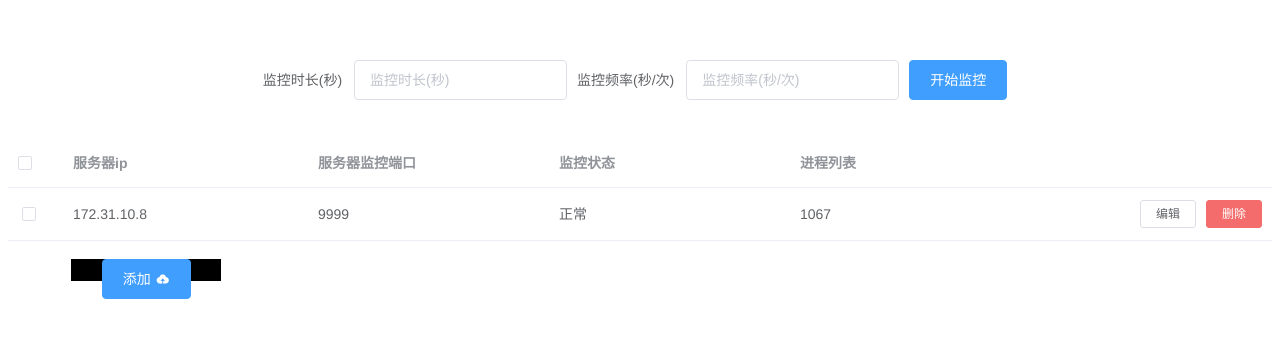
Repository: jiuceng1/monitor
Page: /#/show (app in nmonvue/)
The author's editor kept a copy of each file at every save. The page is drawn from the files as they stood at one save, then again after the next save.
The browser window is 1280 px wide. The pictures show the whole page.
The project was rebuilt for these pictures with package versions that can differ from the ones it lists, and the page was loaded fresh each time. Also part of the build but not shown: nmonvue/src/components/HelloWorld.vue.

Above is the page before, as saved 2022-01-13 17:04:09.

### nmonvue/index.html
<!DOCTYPE html>
<html>
  <head>
    <meta charset="utf-8">
    <meta name="viewport" content="width=device-width,initial-scale=1.0">
    <title>nmonvue</title>
  </head>
  <body>
    <div id="app"></div>
    <!-- built files will be auto injected -->
  </body>
</html>

### nmonvue/src/router/index.js
import Vue from 'vue'
import Router from 'vue-router'
import HelloWorld from '@/components/HelloWorld'

Vue.use(Router)

export default new Router({
  routes: [
    {
      path: '/',
      name: 'HelloWorld',
      component: HelloWorld
    },{
      path: '/show',
      name: 'show',
      component:()=>import('@/view/show')
    }
  ]
})

### nmonvue/src/view/show.vue
<template>
    <div>
        <el-form :inline="true" :model="formInline" class="demo-form-inline">
        <el-form-item label="监控时长(秒)">
            <el-input v-model="formInline.duration" placeholder="监控时长(秒)"></el-input>
        </el-form-item>
        <el-form-item label="监控频率(秒/次)">
            <el-input v-model="formInline.frequency" placeholder="监控频率(秒/次)"></el-input>
        </el-form-item>
        <el-form-item>
            <el-button type="primary">开始监控</el-button>
        </el-form-item>
        </el-form>
        <br/>
    <el-table
    :data="tableData"
     @selection-change="handleSelectionChange">
    style="width: 100%">
    <el-table-column
      type="selection"
      width="55">
    </el-table-column>
    <el-table-column
      label="服务器ip"
      prop="ip">
    </el-table-column>
    <el-table-column
      label="服务器监控端口"
      prop="port">
    </el-table-column>
    <el-table-column
      label="监控状态"
      prop="state">
    </el-table-column>
    <el-table-column
      label="进程列表"
      prop="processList">
    </el-table-column>
    <el-table-column
      align="right">
      <template slot-scope="scope">
        <el-button
          size="mini"
          @click="handleEdit(scope.$index, scope.row)">编辑</el-button>
        <el-button
          size="mini"
          type="danger"
          @click="handleDelete(scope.$index, scope.row)">删除</el-button>
      </template>
    </el-table-column>
  </el-table>
  <br/>
  <div style="width:150px; height:22px; background:#000;
              margin-right:0;margin-left:5%; margin-bottom: 0px; margin-top: 0px">
  <el-button type="primary" @click="showEnable=true">添加<i class="el-icon-upload el-icon--right"></i></el-button>
  </div>
  <el-dialog title="添加服务器" :visible.sync="showEnable">
  <el-form :model="form">
    <el-form-item label="服务器ip" :label-width="formLabelWidth">
      <el-input v-model="form.ip" autocomplete="off"></el-input>
    </el-form-item>
    <el-form-item label="服务器账号" :label-width="formLabelWidth">
      <el-input v-model="form.account" autocomplete="off"></el-input>
    </el-form-item>
    <el-form-item label="服务器密码" :label-width="formLabelWidth">
      <el-input v-model="form.password" autocomplete="off"></el-input>
    </el-form-item>
    <el-form-item label="监控端口" :label-width="formLabelWidth">
      <el-input v-model="form.port" autocomplete="off"></el-input>
    </el-form-item>
    <el-form-item label="监控进程列表" :label-width="formLabelWidth">
      <el-input v-model="form.processList" autocomplete="off"></el-input>
    </el-form-item>
  </el-form>
  <div slot="footer" class="dialog-footer">
    <el-button @click="showEnable = false">取 消</el-button>
    <el-button type="primary" @click="update()">确 定</el-button>
  </div>
</el-dialog>
</div>
</template>

<script>
import axios from 'axios'
  export default {
    data() {
      return {
          formInline: {
          duration: '',
          frequency: ''
        },
        showEnable: false,
        tableData: [{
          ip: '172.31.10.8',
          port: '9999',
          state: '正常',
          processList: '1067'
        }],
        search: '',
        form: {
          ip: '',
          account: '',
          password: '',
          port: '',
          processList: '',
        },
        formLabelWidth: '120px'
      }
    },
    methods: {
      handleEdit(index, row) {
        this.form=row
        this.showEnable=true
      },
      handleDelete(index) {
        this.tableData.splice(index,1)
      },
       handleSelectionChange(val) {
        this.multipleSelection = val;
      },
      update(){
        axios({
            url : 'http://127.0.0.1:8000/api/testapi/',
            method : 'post',
            data : this.form,
        }).then((response)=>{
            console.log(response.data)
            if(response.data=='True'){
                this.tableData.push({
                ip: this.form.ip,
                port: this.form.port,
                state: '正常',
                processList: this.form.processList
                })
            }
        })
        this.showEnable=false
      }
    },
  }
</script>

Loaded but not shown: nmonvue/src/main.js (common file); nmonvue/src/App.vue (common file)

After the next save:
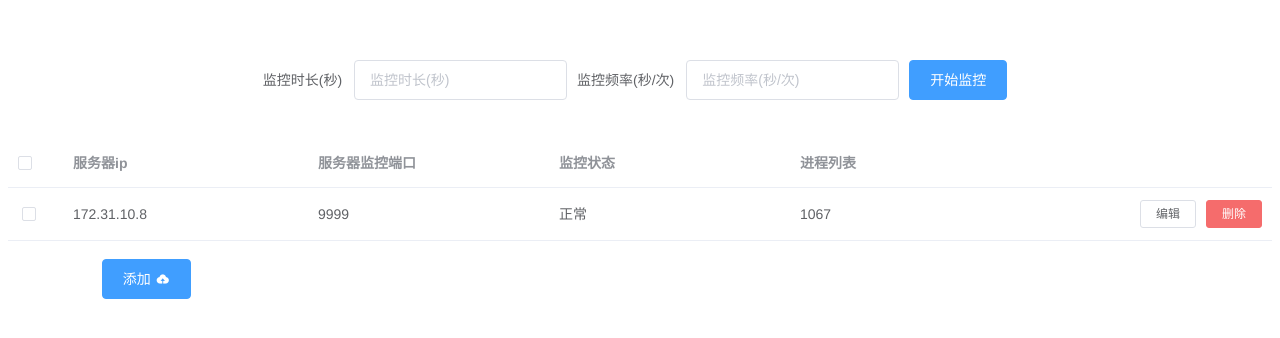
Saved 13 s later.
--- a/nmonvue/src/view/show.vue
+++ b/nmonvue/src/view/show.vue
@@ -50,7 +50,7 @@
     </el-table-column>
   </el-table>
   <br/>
-  <div style="width:150px; height:22px; background:#000;
+  <div style="width:150px; height:22px;
               margin-right:0;margin-left:5%; margin-bottom: 0px; margin-top: 0px">
   <el-button type="primary" @click="showEnable=true">添加<i class="el-icon-upload el-icon--right"></i></el-button>
   </div>
